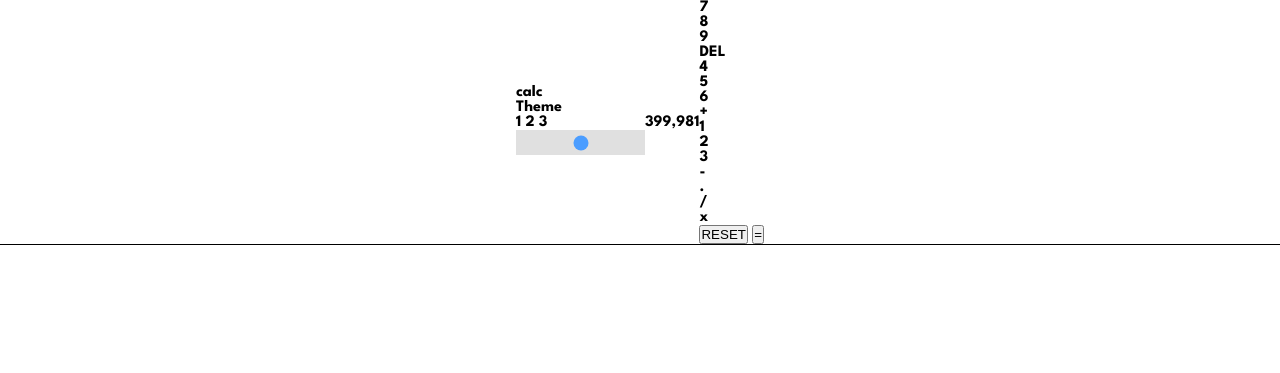
Repository: DevLaukey/calc-with-css-js
Page: index.html
The author's editor kept a copy of each file at every save. The page is drawn from the files as they stood at one save, then again after the next save.
The browser window is 1280 px wide. The pictures show the whole page.

Above is the page before, as saved 2022-05-18 12:16:30.

After the next save:
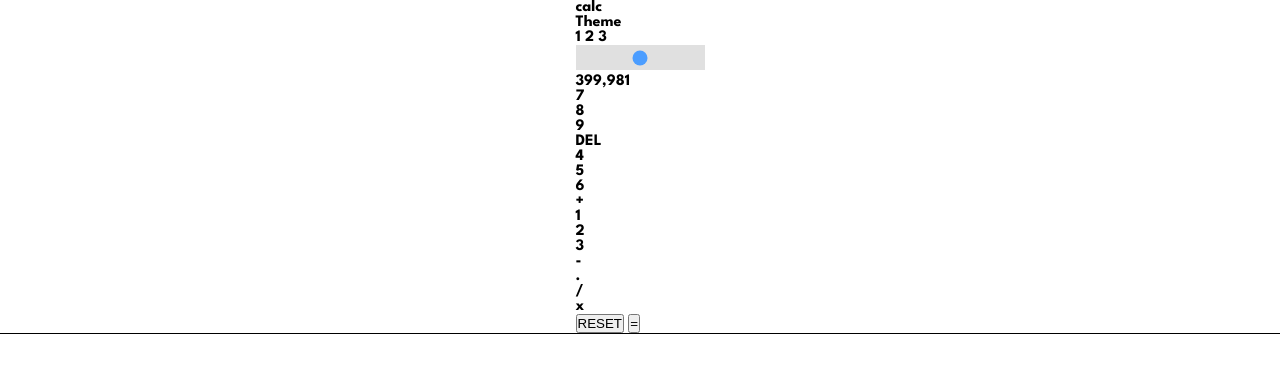
Saved 28 s later.
--- a/index.html
+++ b/index.html
@@ -14,6 +14,9 @@
     />
   </head>
   <body>
+    <div class="body">
+
+
     <header class="calculator__header">
       <div class="calculator__name">
         <p>calc</p>
@@ -54,5 +57,6 @@
         </div>
       </div>
     </div>
+    </div>
   </body>
 </html>

After the 2 saves that followed:
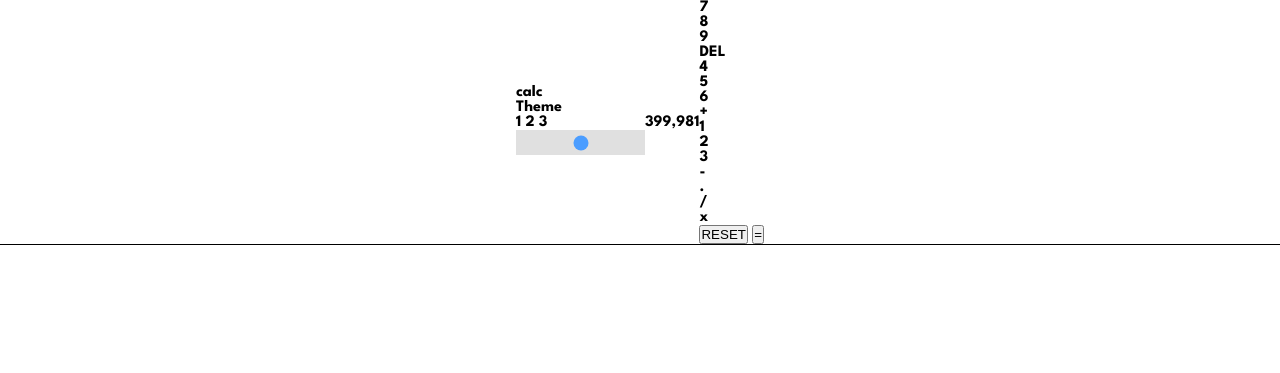
The 2 saves are shown as one change because 1 left the picture as it was.
The last was saved 9 s later.
--- a/index.html
+++ b/index.html
@@ -15,48 +15,44 @@
   </head>
   <body>
     <div class="body">
-
-
-    <header class="calculator__header">
-      <div class="calculator__name">
-        <p>calc</p>
+      <header class="calculator__header">
+        <div class="calculator__name">
+          <p>calc</p>
+        </div>
+        <div class="calculator__slider">
+          <p class="calculator__smallText">Theme</p>
+          <div class="calculator__block">
+            <p>1 2 3</p>
+            <input class="slider" type="range" min="1" max="3" name="" id="" />
+          </div>
+        </div>
+      </header>
+      <div class="calculator__display">
+        <p class="calculator__solution">399,981</p>
       </div>
-      <div class="calculator__slider">
-        <p class="calculator__smallText">Theme</p>
-        <div class="calculator__block">
-          <p>1 2 3</p>
-          <input class="slider" type="range" min="1" max="3"name="" id="" />
-        </div>
-      </div>
-    </header>
-    <div class="calculator__display">
-      <p class="calculator__solution">399,981</p>
-    </div>
-    <div class="calculator__input">
-      <div class="calculator__row">
-        <p class="calculator__button seven">7</p>
-        <p class="calculator__button eight">8</p>
-        <p class="calculator__button nine">9</p>
-        <p class="calculator__button del">DEL</p>
-        <p class="calculator__button four">4</p>
-        <p class="calculator__button five">5</p>
-        <p class="calculator__button six">6</p>
-        <p class="calculator__button plus">+</p>
-        <p class="calculator__button one">1</p>
-        <p class="calculator__button two">2</p>
-        <p class="calculator__button three">3</p>
-        <p class="calculator__button minus">-</p>
-        <p class="calculator__button dot">.</p>
-        <p class="calculator__button slash">/</p>
-        <p class="calculator__button multiply">x</p>
-        <div class="calculator__control">
-          <button class="control reset">
-RESET
-          </button>
-          <button class="control equals">=</button>
+      <div class="calculator__input">
+        <div class="calculator__row">
+          <p class="calculator__button seven">7</p>
+          <p class="calculator__button eight">8</p>
+          <p class="calculator__button nine">9</p>
+          <p class="calculator__button del">DEL</p>
+          <p class="calculator__button four">4</p>
+          <p class="calculator__button five">5</p>
+          <p class="calculator__button six">6</p>
+          <p class="calculator__button plus">+</p>
+          <p class="calculator__button one">1</p>
+          <p class="calculator__button two">2</p>
+          <p class="calculator__button three">3</p>
+          <p class="calculator__button minus">-</p>
+          <p class="calculator__button dot">.</p>
+          <p class="calculator__button slash">/</p>
+          <p class="calculator__button multiply">x</p>
+          <div class="calculator__control">
+            <button class="control reset">RESET</button>
+            <button class="control equals">=</button>
+          </div>
         </div>
       </div>
     </div>
-    </div>
   </body>
 </html>
--- a/styles.css
+++ b/styles.css
@@ -3,7 +3,7 @@
     padding:0;
     box-sizing: border-box;
 }
-body{
+.body{
     font-family: 'League Spartan', sans-serif;
     border-bottom: 1px solid black;
  display:flex;
